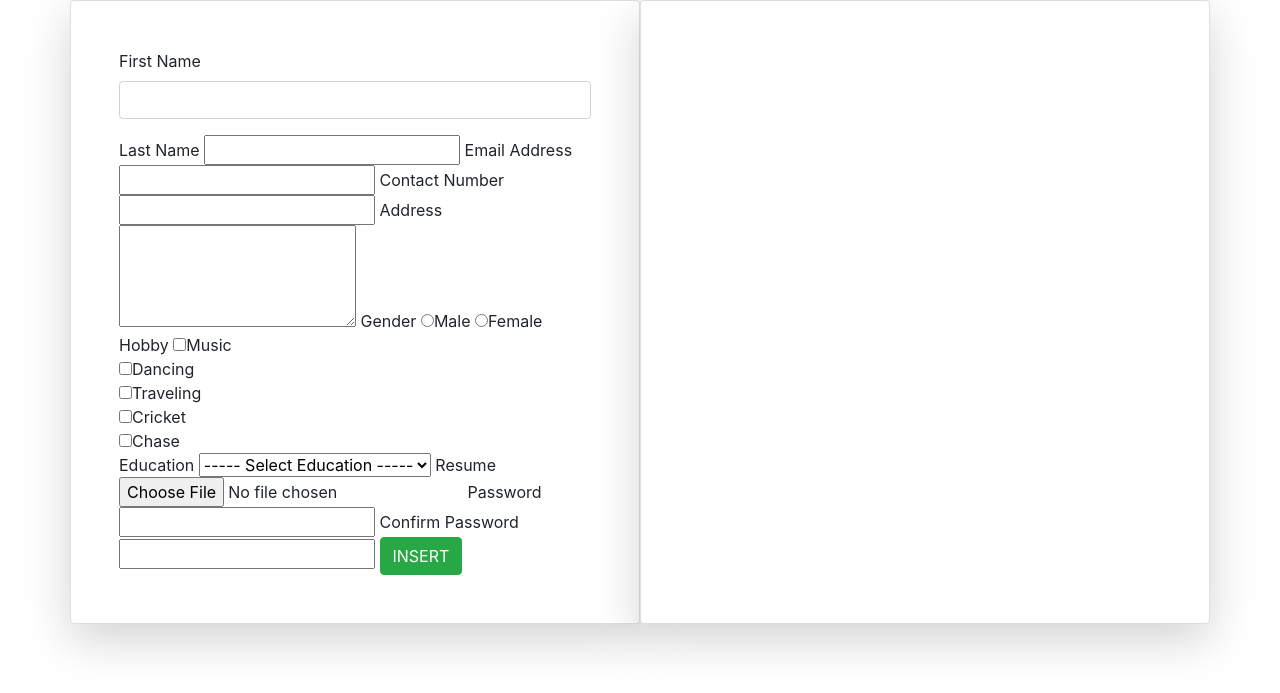
Repository: dhiren1618/OCT-JAVA-2023
Page: http://localhost/AdvancedJava/bootstrap.jsp
These files come from the project's save history. The page is drawn as it stood at one moment and after the next save; the edit follows.
The browser window is 1280 px wide. The pictures show the whole page.
The page is served by Tomcat 9. Other server files are loaded and not shown.

Above is the page before, as saved 2024-06-15 10:58:43.

### AdvancedJava/src/main/webapp/bootstrap.jsp
<%@ page language="java" contentType="text/html; charset=UTF-8"
	pageEncoding="UTF-8"%>
<!DOCTYPE html>
<html>
<head>
<meta charset="UTF-8">
<title>Advance Java Tutorial</title>
<link rel="stylesheet" href="https://cdn.jsdelivr.net/npm/bootstrap@4.3.1/dist/css/bootstrap.min.css" integrity="sha384-ggOyR0iXCbMQv3Xipma34MD+dH/1fQ784/j6cY/iJTQUOhcWr7x9JvoRxT2MZw1T" crossorigin="anonymous">
<script src="https://code.jquery.com/jquery-3.3.1.slim.min.js" integrity="sha384-q8i/X+965DzO0rT7abK41JStQIAqVgRVzpbzo5smXKp4YfRvH+8abtTE1Pi6jizo" crossorigin="anonymous"></script>
<script src="https://cdn.jsdelivr.net/npm/popper.js@1.14.7/dist/umd/popper.min.js" integrity="sha384-UO2eT0CpHqdSJQ6hJty5KVphtPhzWj9WO1clHTMGa3JDZwrnQq4sF86dIHNDz0W1" crossorigin="anonymous"></script>
<script src="https://cdn.jsdelivr.net/npm/bootstrap@4.3.1/dist/js/bootstrap.min.js" integrity="sha384-JjSmVgyd0p3pXB1rRibZUAYoIIy6OrQ6VrjIEaFf/nJGzIxFDsf4x0xIM+B07jRM" crossorigin="anonymous"></script>


</head>

<body>

	<div class="container">
		<div class="row">
			<div class="col-md-6 card p-5  shadow-lg">
	<form action="" method="post" name="insert">


				<div class="form-group">
				<label >First Name</label>
				<input id="fname" type="text" name="fname" onblur="validateFirstName();" class="form-control">
				<span id="error_fname" class="text-danger"></span>
				</div>

			<tr>
				<td>Last Name</td>
				<td><input type="text" name="lname"></td>
			</tr>

			<tr>
				<td>Email Address</td>
				<td><input type="email" name="email" id="email" onblur="validateEmail();"></td>
				<td><span id="error_email" style="color: red;"></span></td>
			</tr>

			<tr>
				<td>Contact Number</td>
				<td><input type="text" name="contact" id="contact" onblur="validateContact();"></td>
				<td><span id="error_contact" style="color: red;"></span></td>
			</tr>

			<tr>
				<td>Address</td>
				<td><textarea cols="21" rows="4" name="address"></textarea></td>
			</tr>

			<tr>
				<td>Gender</td>
				<td><input type="radio" name="gender" value="male">Male
					<input type="radio" name="gender" value="female">Female</td>
			</tr>

			<tr>
				<td>Hobby</td>
				<td><input type="checkbox" name="hobby" value="music">Music<br>
					<input type="checkbox" name="hobby" value="dancing">Dancing<br>
					<input type="checkbox" name="hobby" value="traveling">Traveling<br>
					<input type="checkbox" name="hobby" value="cricket">Cricket<br>
					<input type="checkbox" name="hobby" value="chess">Chase<br>
				</td>
			</tr>

			<tr>
				<td>Education</td>
				<td><select name="education">
						<option>----- Select Education -----</option>
						<option value="10th">10th</option>
						<option value="12th">12th</option>
						<option value="BCA">BCA</option>
						<option value="MCA">MCA</option>
						<option value="BE">BE</option>
						<option value="ME">ME</option>
						<option value="other">Others</option>
				</select></td>
			</tr>

			<tr>
				<td>Resume</td>
				<td><input type="file" name="resume"></td>
			</tr>

			<tr>
				<td>Password</td>
				<td><input type="password" name="password"></td>
			</tr>

			<tr>
				<td>Confirm Password</td>
				<td><input type="password" name="cpassword"></td>
			</tr>

			<tr>
				<td colspan="2" align="center"><input type="submit"
					value="INSERT" class="btn btn-success"></td>
			</tr>



	</form>
	</div>

	<div class="col-md-6 card p-5  shadow-lg"></div>


		</div>
</div>
</body>



</html>

After the next save:
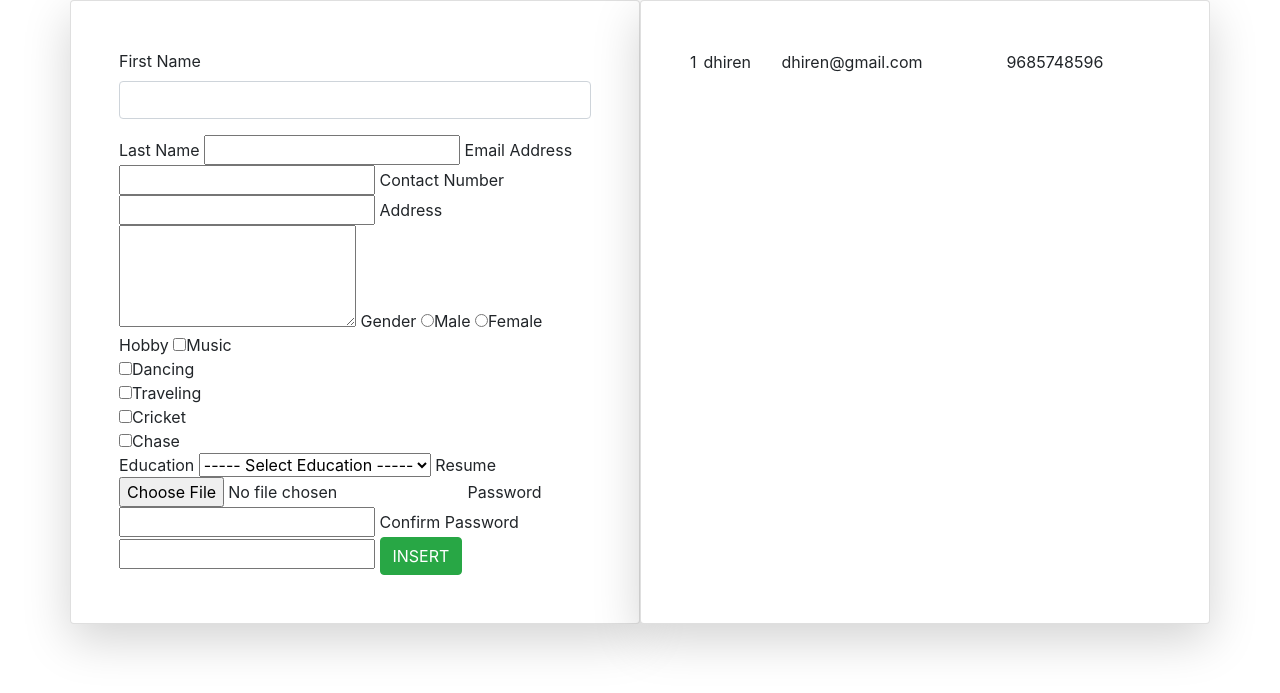
Saved 49 s later.
--- a/AdvancedJava/src/main/webapp/bootstrap.jsp
+++ b/AdvancedJava/src/main/webapp/bootstrap.jsp
@@ -104,7 +104,20 @@
 	</form>
 	</div>
 
-	<div class="col-md-6 card p-5  shadow-lg"></div>
+	<div class="col-md-6 card p-5  shadow-lg">
+
+
+		<table>
+		<tr>
+		<td>1</td>
+		<td>dhiren</td>
+		<td>dhiren@gmail.com</td>
+		<td>9685748596</td>
+		</tr>
+		</table>
+
+
+	</div>
 
 
 		</div>
